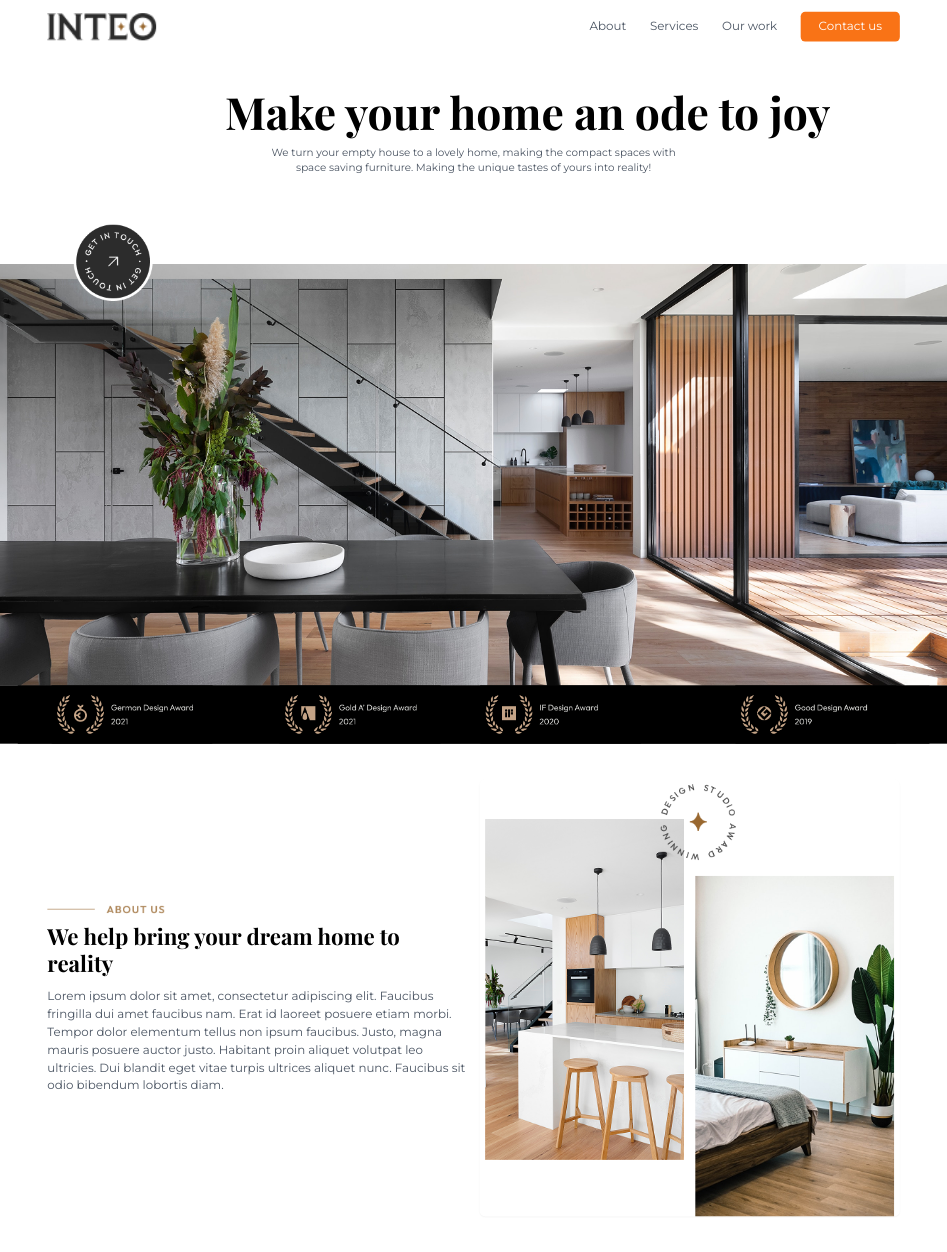
Repository: CatherinneJ/responsive-tailwind-website
Page: tailwind.html
An editor plug-in stored every save of this project. The page is shown before and after the next save, followed by the edit.
The browser window is 1280 px wide. The pictures show the whole page, at 74% of full size.
Some web libraries are served in a nearby version.

Above is the page before, as saved 2025-05-21 19:27:44.

After the next save:
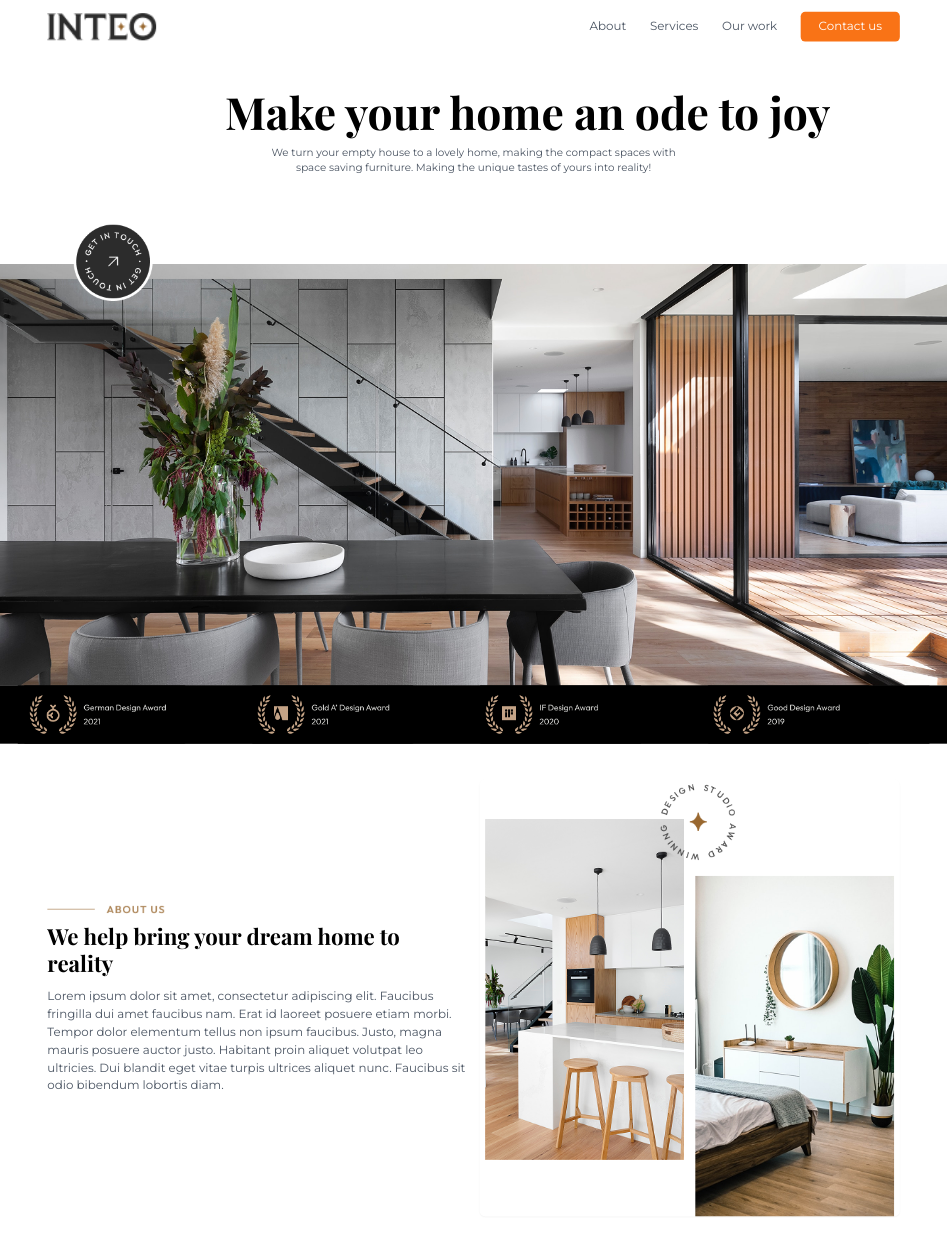
Saved 14 s later.
--- a/tailwind.html
+++ b/tailwind.html
@@ -53,13 +53,13 @@
 
     <section id="awards" class=" bg-black mt-0 sm:px-6">
         <div class="grid grid-cols-1 md:grid-cols-2 bg-black lg:grid-cols-4 gap-4 px-2 bg-black">
-            <img src="./Assets/Awards1.png" class="w-1/3 sm:w-1/5 md:w-2/5 lg:w-3/4 mx-auto bg-black p-2 rounded-sm "
+            <img src="./Assets/Awards1.png" class="w-1/3 sm:w-1/5 md:w-2/5 lg:w-3/4  bg-black p-2 rounded-sm "
                 alt="award1">
-            <img src="./Assets/Awards 2.png" class="w-1/3 sm:w-1/2 md:w-2/5 lg:w-3/4 mx-auto bg-black p-2 rounded-sm"
+            <img src="./Assets/Awards 2.png" class="w-1/3 sm:w-1/2 md:w-2/5 lg:w-3/4  bg-black p-2 rounded-sm"
                 alt="award2">
             <img src="./Assets/Awards 3.png" class="w-1/3 sm:w-1/2 self-start md:w-2/5 lg:w-3/4 bg-black p-2 rounded-sm"
                 alt="award3">
-            <img src="./Assets/Awards 4.png" class="w-1/3 sm:w-1/2 md:w-2/5 lg:w-3/4 mx-auto bg-black p-2 rounded-sm"
+            <img src="./Assets/Awards 4.png" class="w-1/3 sm:w-1/2 md:w-2/5 lg:w-3/4  bg-black p-2 rounded-sm"
                 alt="award4">
 
         </div>
